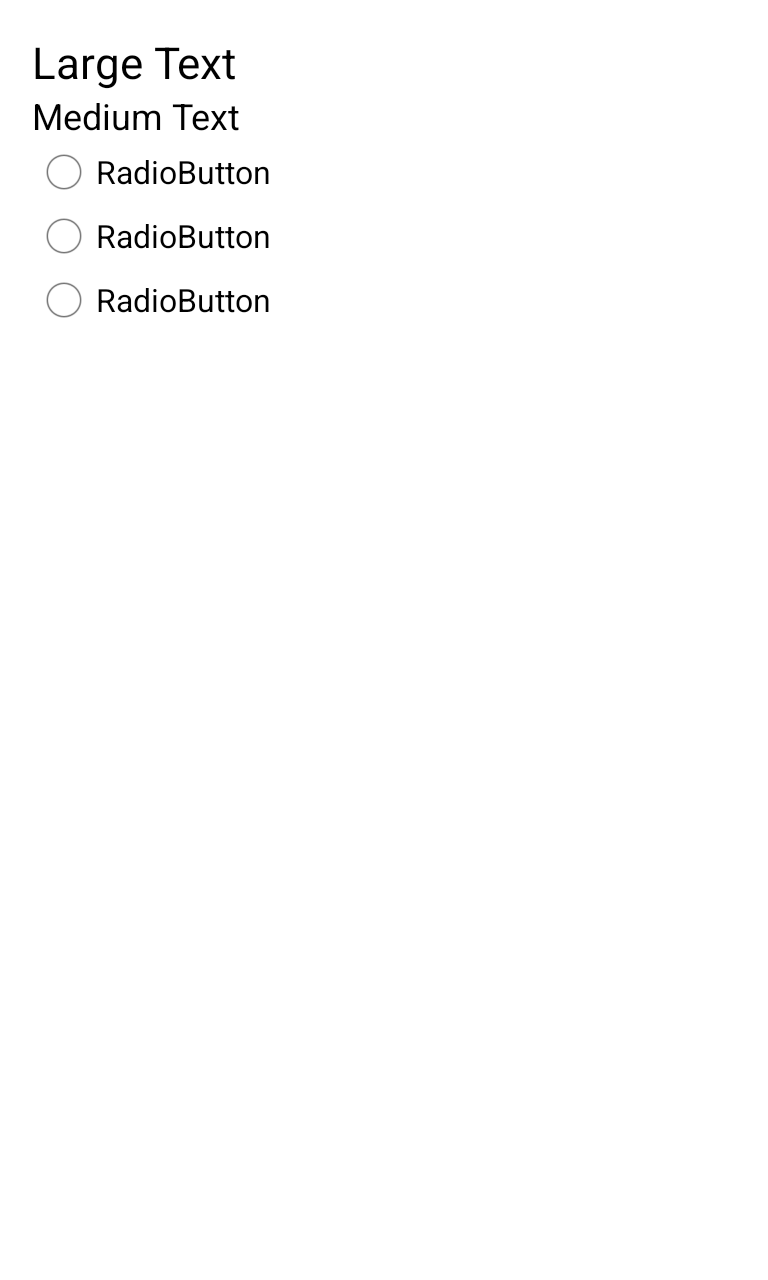
Repository: Sharkeysps/AndroidProjects
Layout: AndroidQuiz/Quiz/res/layout/activity_question_panel.xml
An editor plug-in stored every save of this project. The layout is shown before and after the next save, followed by the edit.
It is drawn on a 768 x 1280 px phone screen (xhdpi) without system bars, with theme AppTheme; the app's code is not run.

Above is the layout before, as saved 2014-02-01 10:27:48.

### AndroidQuiz/Quiz/res/layout/activity_question_panel.xml
<LinearLayout xmlns:android="http://schemas.android.com/apk/res/android"
    xmlns:tools="http://schemas.android.com/tools"
    android:layout_width="match_parent"
    android:layout_height="match_parent"
    android:paddingBottom="@dimen/activity_vertical_margin"
    android:paddingLeft="@dimen/activity_horizontal_margin"
    android:paddingRight="@dimen/activity_horizontal_margin"
    android:paddingTop="@dimen/activity_vertical_margin"
    tools:context=".QuestionPanel"
     android:orientation="vertical">

    <TextView
        android:id="@+id/textView1"
        android:layout_width="wrap_content"
        android:layout_height="wrap_content"
        android:text="Large Text"
        android:textAppearance="?android:attr/textAppearanceLarge" />

    <TextView
        android:id="@+id/textView2"
        android:layout_width="wrap_content"
        android:layout_height="wrap_content"
        android:text="Medium Text"
        android:textAppearance="?android:attr/textAppearanceMedium" />

    <RadioButton
        android:id="@+id/radioButton1"
        android:layout_width="wrap_content"
        android:layout_height="wrap_content"
        android:text="RadioButton" />

    <RadioButton
        android:id="@+id/radioButton2"
        android:layout_width="wrap_content"
        android:layout_height="wrap_content"
        android:text="RadioButton" />

    <RadioButton
        android:id="@+id/radioButton3"
        android:layout_width="wrap_content"
        android:layout_height="wrap_content"
        android:text="RadioButton" />



</LinearLayout>

Loaded but not shown: AndroidQuiz/Quiz/res/values/styles.xml (common file); AndroidQuiz/Quiz/res/values-v11/styles.xml (common file); AndroidQuiz/Quiz/res/values-v14/styles.xml (common file); AndroidQuiz/Quiz/res/values/dimens.xml (common file)

After the next save:
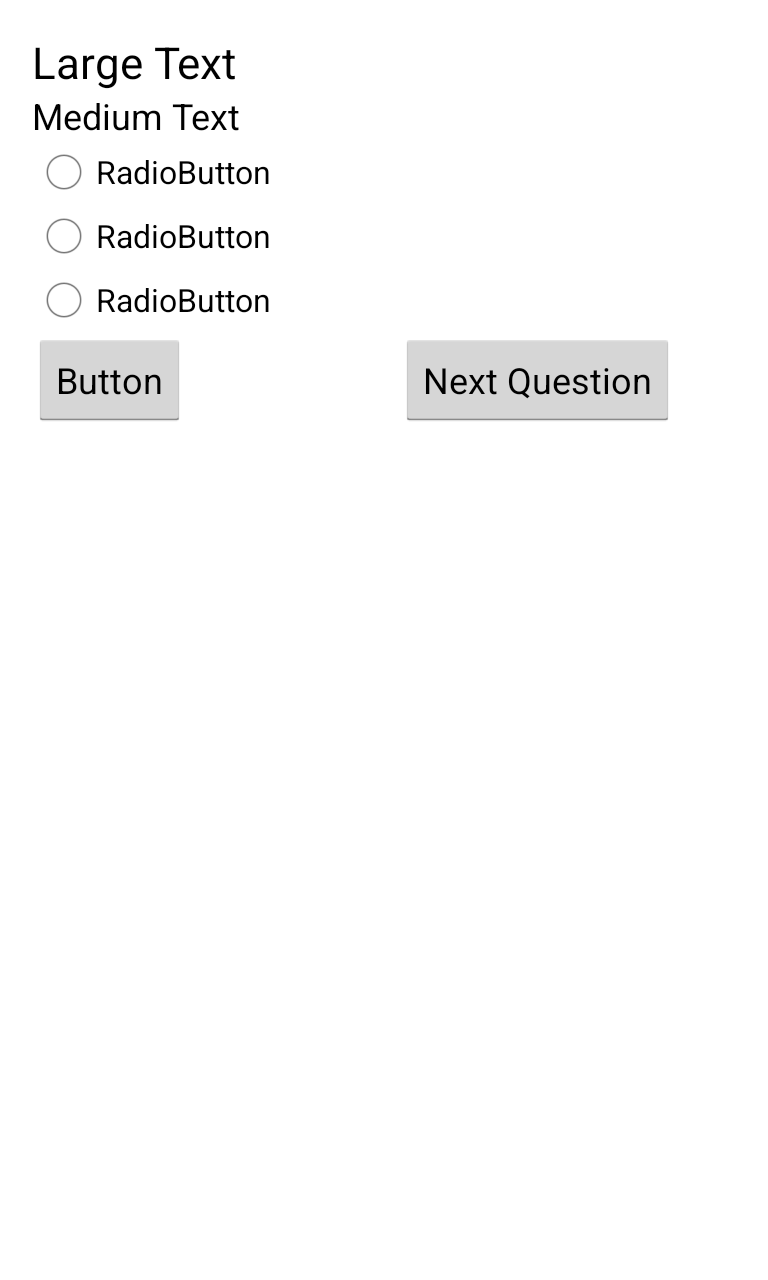
Saved 32 s later.
--- a/AndroidQuiz/Quiz/res/layout/activity_question_panel.xml
+++ b/AndroidQuiz/Quiz/res/layout/activity_question_panel.xml
@@ -2,12 +2,12 @@
     xmlns:tools="http://schemas.android.com/tools"
     android:layout_width="match_parent"
     android:layout_height="match_parent"
+    android:orientation="vertical"
     android:paddingBottom="@dimen/activity_vertical_margin"
     android:paddingLeft="@dimen/activity_horizontal_margin"
     android:paddingRight="@dimen/activity_horizontal_margin"
     android:paddingTop="@dimen/activity_vertical_margin"
-    tools:context=".QuestionPanel"
-     android:orientation="vertical">
+    tools:context=".QuestionPanel" >
 
     <TextView
         android:id="@+id/textView1"
@@ -41,6 +41,28 @@
         android:layout_height="wrap_content"
         android:text="RadioButton" />
 
+    <RelativeLayout
+        android:layout_width="match_parent"
+        android:layout_height="wrap_content"
+        android:layout_weight="0.18" >
 
+        <Button
+            android:id="@+id/button1"
+            android:layout_width="wrap_content"
+            android:layout_height="wrap_content"
+            android:layout_alignParentLeft="true"
+            android:layout_alignParentTop="true"
+            android:text="Button" />
+
+        <Button
+            android:id="@+id/button2"
+            android:layout_width="wrap_content"
+            android:layout_height="wrap_content"
+            android:layout_alignParentRight="true"
+            android:layout_alignParentTop="true"
+            android:layout_marginRight="30dp"
+            android:text="Next Question" />
+
+    </RelativeLayout>
 
 </LinearLayout>
